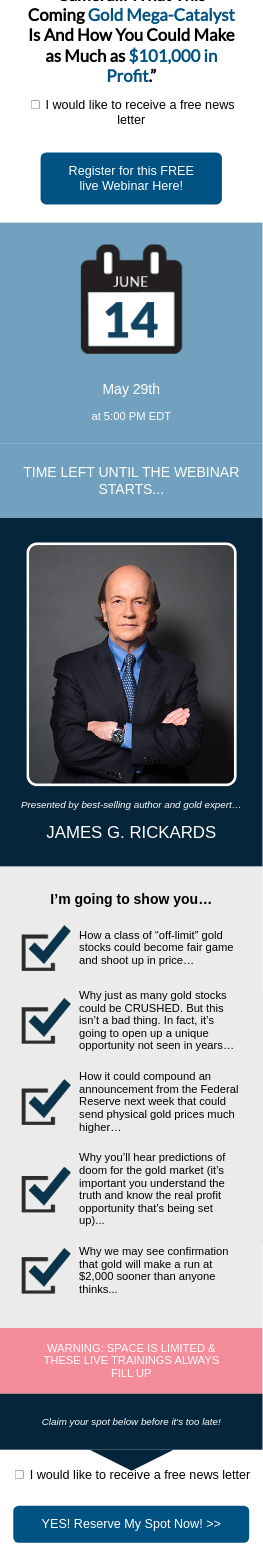
Repository: KrystellBarraza/Test
Page: index.html
The author's editor kept a copy of each file at every save. The page is drawn from the files as they stood at one save, then again after the next save.
The browser window is 375 px wide. The pictures show the part of the page from y = 400 to 2640 px (the page is 2640 px tall before and 2622 px after), at 70% of full size.

Above is the page before, as saved 2019-10-07 11:43:55.

### index.html
<!DOCTYPE <!DOCTYPE html>
<!--[if lt IE 7]>      <html class="no-js lt-ie9 lt-ie8 lt-ie7"> <![endif]-->
<!--[if IE 7]>         <html class="no-js lt-ie9 lt-ie8"> <![endif]-->
<!--[if IE 8]>         <html class="no-js lt-ie9"> <![endif]-->
<!--[if gt IE 8]><!--> <html class="no-js"> <!--<![endif]-->
    <head>
        <meta charset="utf-8">
        <meta http-equiv="X-UA-Compatible" content="IE=edge">
        <title>Newsletter Offer</title>
        <meta name="description" content="Newsletter">
        <meta name="viewport" content="width=device-width, initial-scale=1">
        <link href="https://fonts.googleapis.com/css?family=Lato&display=swap" rel="stylesheet">
        <link rel="stylesheet" href="style.css">
    </head>
    <body>
        <div class="container-top">
            <div class="header">
                <p>Best-Selling Author and Gold Expert<br> Jim Rickards’ Presents…</p>
            </div>

            <div class="content">
                <hr style="border: 2px solid #005282">
                <br>

                <h1>“In just days a Never-Before- Seen Gold Anomaly
                    Will Create a Totally New Class of Penny Gold Stocks...
                    <br>
                    <br>
                    I’ve Enlisted One of the World’s Top Geologists
                    to Help Me Reveal... Live on Camera… What This<br>
                    Coming <span class="highlight">Gold Mega-Catalyst</span> Is And How You Could Make
                    as Much as <span class="highlight">$101,000 in Profit</span>.”
                </h1>
                <br>

                <input type="checkbox" name="signup" value="yes"><span style="font-size: 18px; font-family: arial, sans-serif;"> I would like to receive a free news letter</span><br>
                <br>
                <br>
                <div class="button-container">
                    <button class="button button-top"><span style="font-size: 18px; font-family: arial, sans-serif; font-weight: 500;">Register for this FREE <br>live Webinar Here!</span></button>
                </div>
            </div>
        </div>

        <div class="container-middle">
            <div class="blocks blocks-left">
                <img src="images/Calendar.png">
                <br>
                <br>
                <br>
                <p style="color: #fff; font-weight: 500;">May 29th</p>
                <br>
                <span class="time">at 5:00 PM EDT</span>
            </div>

            <div class="blocks blocks-right">
                <p style="color: #fff;">TIME LEFT UNTIL THE WEBINAR STARTS...</p>
            </div>
        </div>

        <div class="container-bottom">
            <div class="block-left">
                <img src="images/JimRickards.png">
                <br>
                <br>
                <p style="color: #fff; font-size: 14px; font-style: italic;">Presented by best-selling author and gold expert…</p>
                <br>
                <p style="color: #fff; font-size: 24px;">JAMES G. RICKARDS</p>
            </div>

            <div class="block-right">
                <p style="text-align: center; font-weight: bold;">I’m going to show you…</p>

                <table>
                    <tr>
                        <td><img src="images/checkmark.png"></td>
                        <td><p style="font-size: 16px;">How a class of “off-limit” gold stocks could become fair game and shoot up in price…</p></td>
                    </tr>

                    <tr>
                        <td><img src="images/checkmark.png"></td>
                        <td><p style="font-size: 16px;">Why just as many gold stocks could be CRUSHED. But this isn’t a bad thing.
                        In fact, it’s going to open up a unique opportunity not seen in years…</p></td>
                    </tr>

                    <tr>
                        <td><img src="images/checkmark.png"></td>
                        <td><p style="font-size: 16px;">How it could compound an announcement from the Federal Reserve next week
                        that could send physical gold prices much higher…</p></td>
                    </tr>

                    <tr>
                        <td><img src="images/checkmark.png"></td>
                        <td><p style="font-size: 16px;">Why you’ll hear predictions of doom for the gold market (it’s important you
                        understand the truth and know the real profit opportunity that’s being set up)...</p></td>
                    </tr>

                    <tr>
                        <td><img src="images/checkmark.png"></td>
                        <td><p style="font-size: 16px;">Why we may see confirmation that gold will make a run at $2,000 sooner than
                        anyone thinks...</p></td>
                    </tr>
                </table>
            </div>

        </div>

        <div class="container-footer">
            <div class="warning">
                <img src="images/exclamation.png" class="exclamation-mark"/>
                <p style="color: #fff; font-size: 16px;" class="warning-text">WARNING: SPACE IS LIMITED & THESE LIVE TRAININGS ALWAYS FILL UP</p>
            </div>

            <div class="claim">
                <p style="color: #fff; font-size: 14px; font-style: italic;">Claim your spot below before it's too late!</p>
            </div>

            <div class="checkbox">
                <input type="checkbox" name="signup" value="yes"><span style="font-size: 18px; font-family: arial, sans-serif;"> I would like to receive a free news letter</span><br>
            </div>

            <div class="closing-button">
                <button class="button button-top"><span style="font-size: 18px; font-family: arial, sans-serif; font-weight: 500;">YES! Reserve My Spot Now! >></span></button>
            </div>

            <div class="footer">
                <br>
                <br>
            </div>
        </div>

        <script src="app.js" async defer></script>
    </body>
</html>

### style.css
* {
    box-sizing: border-box;
}

html {
    scroll-behavior: smooth;
}

body {
    margin: 0;
    background-color: #fff;
}

p {
    font-family: arial, sans-serif;
    color: #000;
    margin: 0;
    font-size: 18px;
}

h1 {
    font-family: "Lato", sans-serif;
    margin: 0;
}

/* Container - Top */

.container-top {
    display: grid;
    grid-template-columns: repeat(12, 1fr);
    grid-template-rows: auto 1fr 1fr;
    grid-gap: 5px;
    grid-column-gap: 20px;
    padding-left: 24%;
    padding-right: 24%;
    padding-top: 2%;
    grid-template-areas:
    "h h h h h h h h h h h h"
    "c c c c c c c c c c c c"
    "c c c c c c c c c c c c"
    "c c c c c c c c c c c c"
    "c c c c c c c c c c c c"
    "c c c c c c c c c c c c"
    "c c c c c c c c c c c c";
}

.header {
    grid-area: h;
    text-align: center;
    line-height: 19pt;
}

.content {
    grid-area: c;
    text-align: center;
}

.highlight {
    color: #005282;
}

.button {
    background-color: #005282;
    border: none;
    color: #fff;
    padding-top: 16px;
    padding-bottom: 16px;
    padding-left: 120px;
    padding-right: 120px;
    border-radius: 8px;
}

.button-container {
    align-content: center;
}

@media screen and (max-width: 415px) {
    .container-top {
        display: grid;
        grid-template-columns: repeat(12, 1fr);
        grid-template-rows: auto 1fr 1fr;
        grid-gap: 5px;
        grid-column-gap: 20px;
        padding-left: 8%;
        padding-right: 8%;
        padding-top: 7%;
        grid-template-areas:
        "h h h h h h h h h h h h"
        "c c c c c c c c c c c c"
        "c c c c c c c c c c c c"
        "c c c c c c c c c c c c"
        "c c c c c c c c c c c c"
        "c c c c c c c c c c c c"
        "c c c c c c c c c c c c";
    }

    p {
        font-size: 15px;
    }

    h1 {
        font-size: 24px;
    }

    .button {
        padding-left: 40px;
        padding-right: 40px;
    }
}

/* Container - Middle */

.container-middle {
    display: grid;
    grid-template-columns: repeat(12, 1fr);
    grid-template-rows: auto 1fr 1fr;
    grid-gap: 5px;
    grid-column-gap: 20px;
    padding-left: 20%;
    padding-right: 20%;
    padding-top: 2%;
    grid-template-areas:
    "l l l l r r r r r r r r"
    "l l l l r r r r r r r r"
    "l l l l r r r r r r r r"
    "l l l l r r r r r r r r"
    "l l l l r r r r r r r r";
}

.blocks {
    background-color: #71a1be;
    color: #fff;
    padding-top: 30px;
    padding-bottom: 30px;
}

.blocks-left {
    grid-area: l;
    text-align: center;
}

.blocks-left > img {
    object-fit: contain;
    width: 40%;
}

.blocks-right {
    grid-area: r;
    text-align: center;
}

.time {
    font-size: 10px!important;
    font-family: arial, sans-serif;
}

@media screen and (max-width: 415px) {
    .container-middle {
        display: grid;
        grid-template-columns: repeat(12, 1fr);
        grid-template-rows: auto 1fr 1fr;
        grid-gap: 0;
        grid-column-gap: 20px;
        padding-left: 0%;
        padding-right: 0%;
        padding-top: 7%;
        grid-template-areas:
        "l l l l l l l l l l l l"
        "l l l l l l l l l l l l"
        "l l l l l l l l l l l l"
        "l l l l l l l l l l l l"
        "l l l l l l l l l l l l"
        "r r r r r r r r r r r r"
        "r r r r r r r r r r r r"
        "r r r r r r r r r r r r"
        "r r r r r r r r r r r r"
        "r r r r r r r r r r r r";
    }

    p {
        font-size: 20px;
    }

    .time {
        font-size: 16px!important;
    }
}

/* Container - Bottom */

.container-bottom {
    display: grid;
    grid-template-columns: repeat(13, 1fr);
    grid-template-rows: auto 1fr 1fr;
    grid-gap: 5px;
    grid-column-gap: 0px;
    padding-left: 20%;
    padding-right: 20%;
    padding-top: 2%;
    grid-template-areas:
    "b b b b b b g g g g g g g"
    "b b b b b b g g g g g g g"
    "b b b b b b g g g g g g g"
    "b b b b b b g g g g g g g"
    "b b b b b b g g g g g g g";
}

.block-left {
    grid-area: b;
    background-color: #05263a;
    text-align: center;
    padding-top: 35px;
    padding-bottom: 35px;
}

.block-left > img {
    object-fit: contain;
    width: 80%;
}

.block-right {
    grid-area: g;
    background-color: #ebebeb;
    color: #000;
    padding-top: 35px;
    padding-bottom: 35px;
    padding-left: 20px;
    padding-right: 20px;
}

td {
    padding-top: 15px;
}

table {
    border-spacing: 10px 10px;
}

@media screen and (max-width: 414px) {
    .container-bottom {
        display: grid;
        grid-template-columns: repeat(8, 1fr);
        grid-template-rows: auto 1fr 1fr;
        grid-gap: 0;
        grid-column-gap: 20px;
        padding: 0;
        grid-template-areas:
        "b b b b b b b b"
        "b b b b b b b b"
        "b b b b b b b b"
        "b b b b b b b b"
        "b b b b b b b b"
        "g g g g g g g g"
        "g g g g g g g g"
        "g g g g g g g g"
        "g g g g g g g g"
        "g g g g g g g g";
    }
}

/* Container - Footer */

.container-footer {
    display: grid;
    grid-template-columns: repeat(12, 1fr);
    grid-template-rows: auto 1fr 1fr;
    grid-column-gap: 20px;
    padding-left: 20%;
    padding-right: 20%;
    padding-top: 2%;
    grid-template-areas:
    "p p p p p p p p p p p p"
    "n n n n n n n n n n n n"
    "w w w w w w w w w w w w"
    "s s s s s s s s s s s s"
    "f f f f f f f f f f f f";
}

.warning {
    grid-area: p;
    background-color: #f58c99;
    text-align: center;
    align-content: center;
    padding-left: 60px;
    padding-right: 60px;
    display: flex;
}

.exclamation-mark {
    width: 45px;
    height: 45px;
    margin: 6px;
}

.warning-text {
    padding-top: 20px;
    padding-left: 25px;
    padding-bottom: 20px;
}

.claim {
    grid-area: n;
    background-color: #05263a;
    text-align: center;
    padding-top: 32px;
    padding-bottom: 32px;
    position: relative;
}

.claim::after {
    content:'';
    position: absolute;
    top: 100%;
    left: 0;
    right: 0;
    margin: 0 auto;
    width: 0;
    height: 0;
    border-top: solid 30px #05263a;
    border-left: solid 60px transparent;
    border-right: solid 60px transparent;
}

.checkbox {
    grid-area: w;
    text-align: center;
    padding-top: 26px;
    padding-bottom: 26px;
}

.closing-button {
    grid-area: s;
    text-align: center;
}

.footer {
    grid-area: f;
}

@media screen and (max-width: 414px) {
    .container-footer {
        display: grid;
        grid-template-columns: repeat(12, 1fr);
        grid-template-rows: auto 1fr 1fr;
        grid-column-gap: 20px;
        padding: 0;
        grid-template-areas:
        "p p p p p p p p p p p p"
        "n n n n n n n n n n n n"
        "w w w w w w w w w w w w"
        "s s s s s s s s s s s s"
        "f f f f f f f f f f f f";
    }

    .exclamation-mark {
        display: none;
    }

    .warning-text {
        padding-left: 0;
    }
}

Loaded but not shown: app.js (no stored copy; drawn as an empty file)

After the next save:
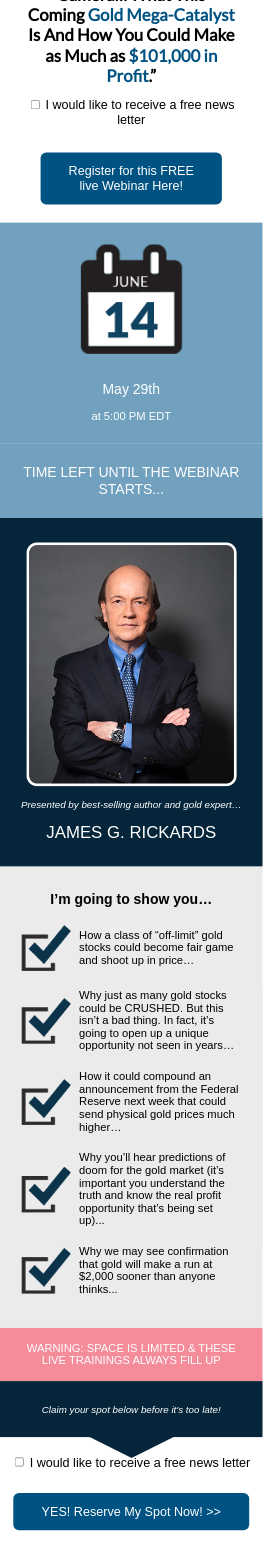
Saved 68 s later.
--- a/style.css
+++ b/style.css
@@ -356,6 +356,11 @@
         display: none;
     }
 
+    .warning {
+        padding-left: 20px;
+        padding-right: 20px;
+    }
+
     .warning-text {
         padding-left: 0;
     }
